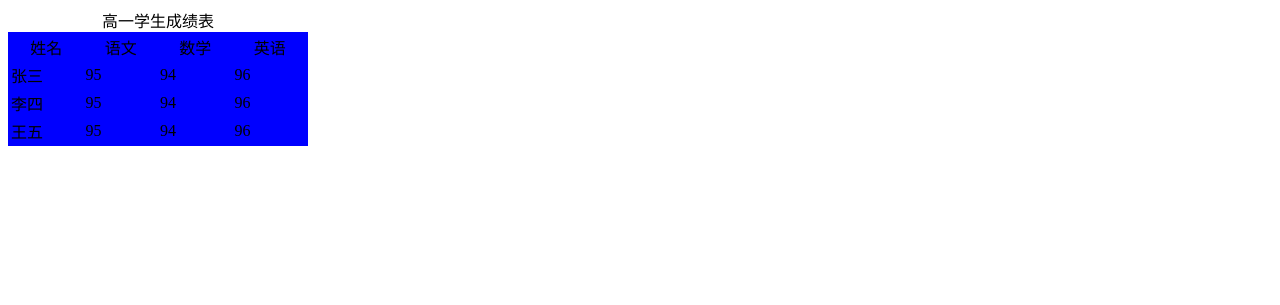
Repository: sheep9590/Test
Page: eclipse-workspace/Prj03/WebRoot/File1.html
These files come from the project's save history. The page is drawn as it stood at one moment and after the next save; the edit follows.
The browser window is 1280 px wide. The pictures show the whole page.

Above is the page before, as saved 2021-09-08 13:43:17.

### eclipse-workspace/Prj03/WebRoot/File1.html
<!DOCTYPE html>
<html>
<body>
<table bgcolor="#0000FF" width="300">
      <caption>高一学生成绩表</caption>
    <tr align="center">
    <td>姓名</td>
    <td>语文</td>
    <td>数学</td>
    <td>英语</td>
    </tr>
    <tr>
    <td>张三</td>
    <td>95</td>
    <td>94</td>
    <td>96</td>
    </tr>
    <tr>
    <td>李四</td>
    <td>95</td>
    <td>94</td>
    <td>96</td>
    </tr>
    <tr>
    <td>王五</td>
    <td>95</td>
    <td>94</td>
    <td>96</td>
    </tr>
</table>
</body>
</html>

After the next save:
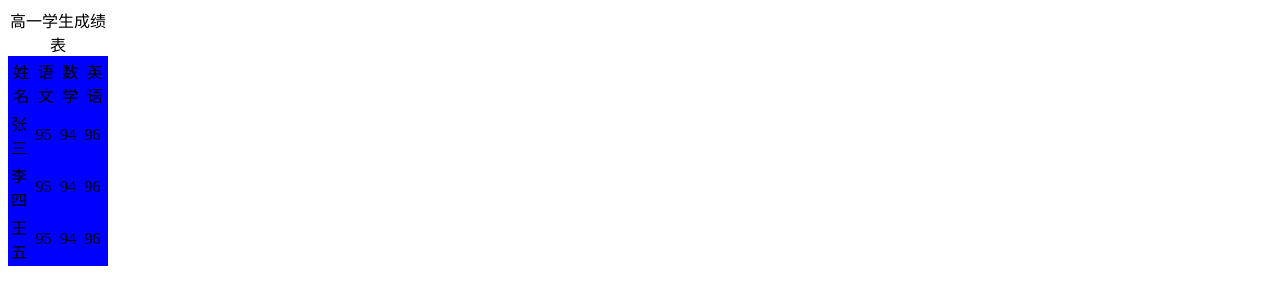
Saved 12 s later.
--- a/eclipse-workspace/Prj03/WebRoot/File1.html
+++ b/eclipse-workspace/Prj03/WebRoot/File1.html
@@ -1,7 +1,7 @@
 <!DOCTYPE html>
 <html>
 <body>
-<table bgcolor="#0000FF" width="300">
+<table bgcolor="#0000FF" width="100">
       <caption>高一学生成绩表</caption>
     <tr align="center">
     <td>姓名</td>
